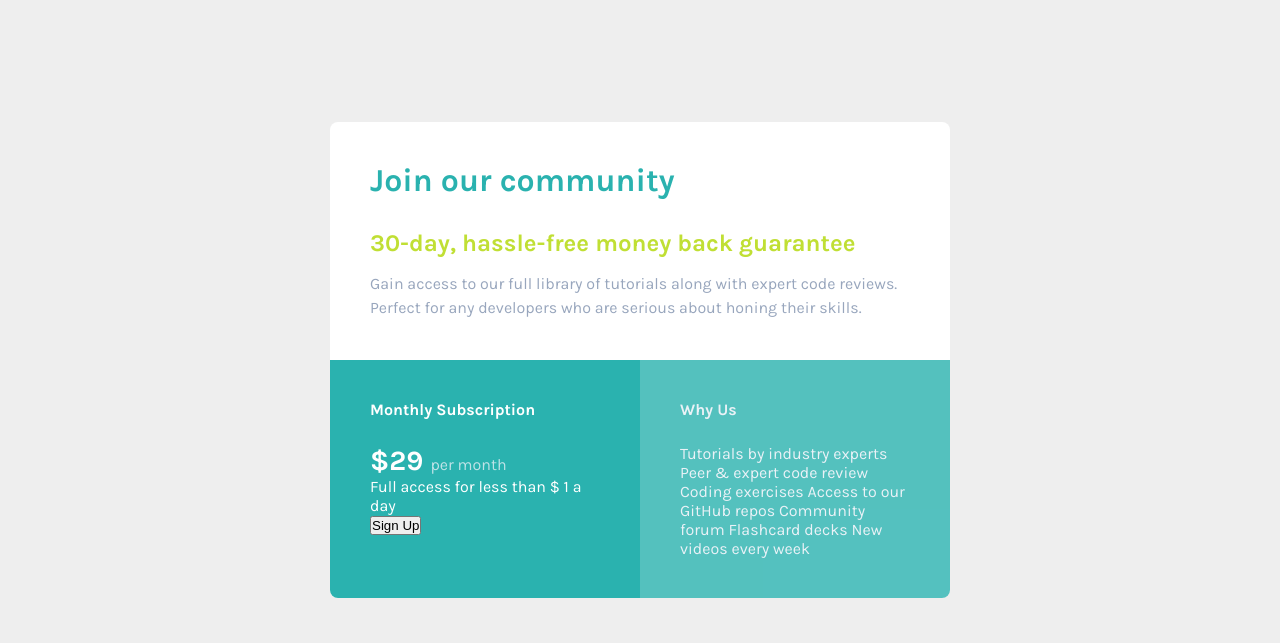
Repository: Akashiii1/WebSingleGrid_Day3
Page: index.html
The author's editor kept a copy of each file at every save. The page is drawn from the files as they stood at one save, then again after a run of saves.
The browser window is 1280 px wide. The pictures show the whole page.

Above is the page before, as saved 2021-12-22 01:56:14.

After the next 3 saves:
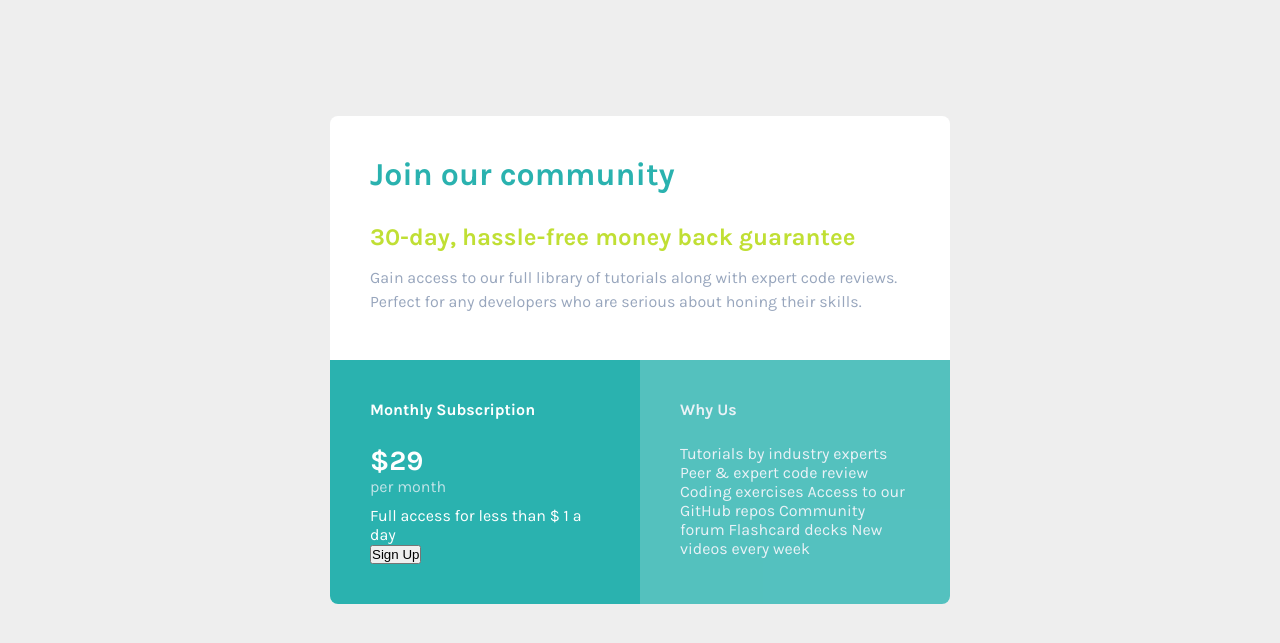
The 3 saves are shown as one change because they came seconds apart.
The last was saved 27 s later.
--- a/style.css
+++ b/style.css
@@ -96,6 +96,7 @@
 .item2 span{
   font-size: 28px;
   font-weight: 600;
+  display: block;
   margin-bottom: 10px;
 }
 .item2 span .light{

After the 2 saves that followed:
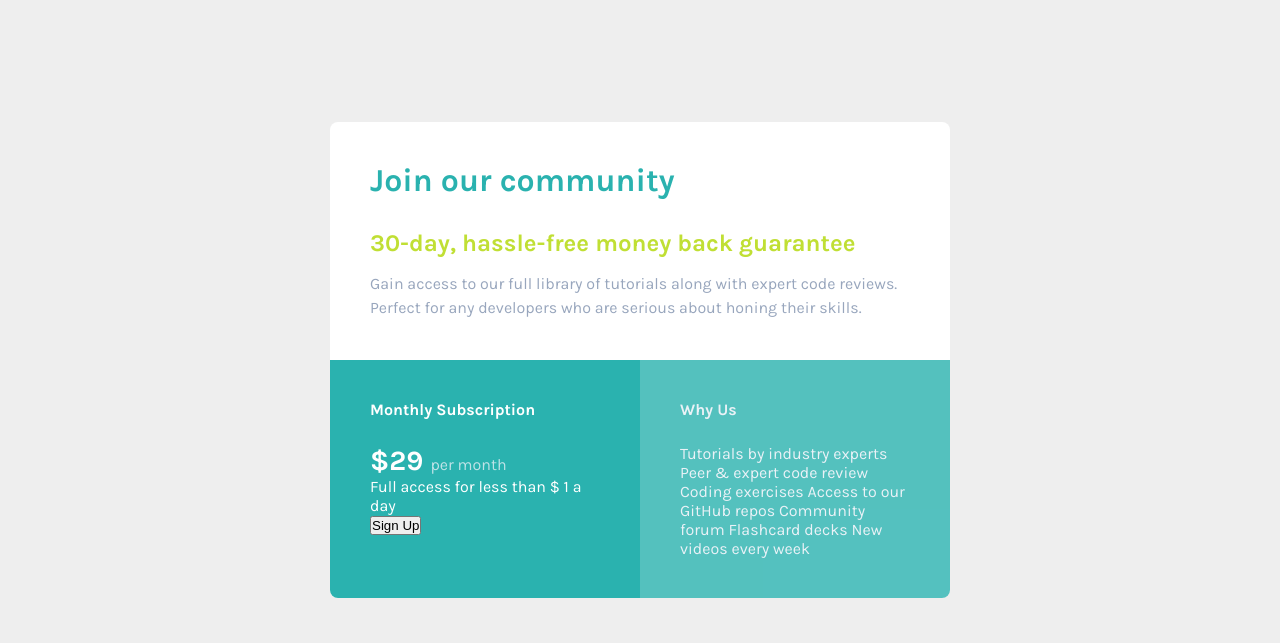
The 2 saves are shown as one change because they came seconds apart.
The last was saved 12 s later.
--- a/style.css
+++ b/style.css
@@ -96,8 +96,7 @@
 .item2 span{
   font-size: 28px;
   font-weight: 600;
-  display: block;
-  margin-bottom: 10px;
+  padding-bottom: 10px;
 }
 .item2 span .light{
   font-size: 16px;
